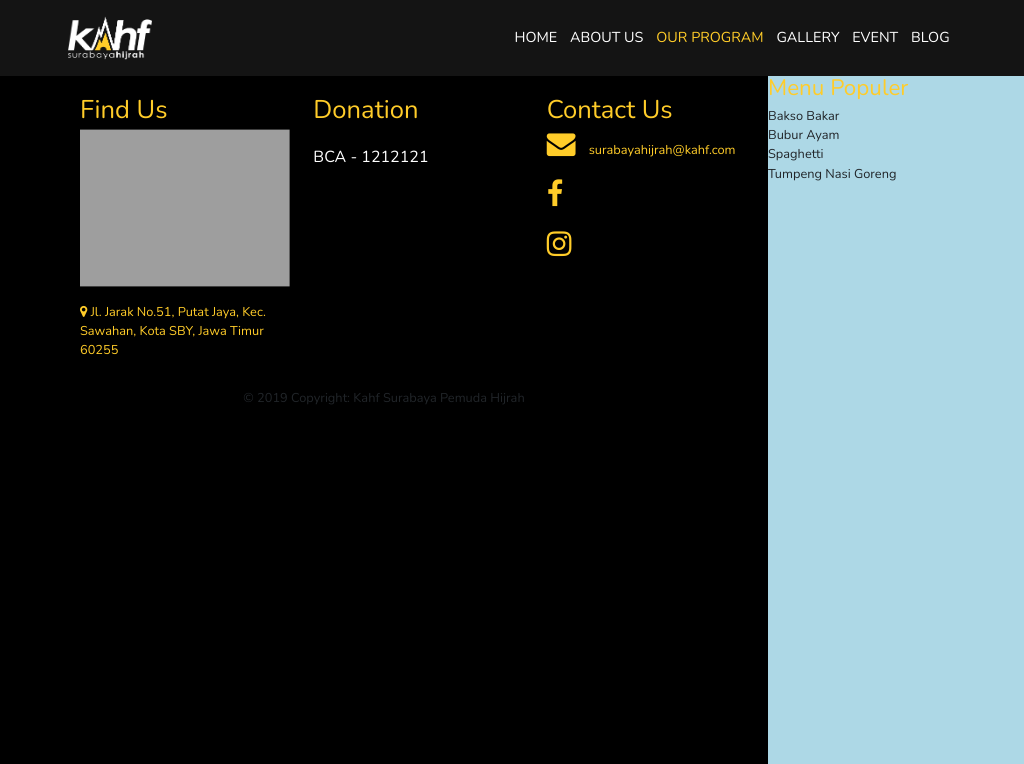
Repository: shandytp/surabaya-hijrah
Page: http://localhost/ourprogram.php
An editor plug-in stored every save of this project. The page is shown before and after the next save, followed by the edit.
The browser window is 1280 px wide. The pictures show the whole page, at 80% of full size.
Pictures or frames that could not be fetched are drawn as grey boxes. Some web libraries are served in a nearby version. The page is run by PHP 8.4 with error messages shown; the project is at /var/www/html/.

Above is the page before, as saved 2019-08-20 16:16:47.
Console error: TypeError: Cannot read properties of undefined (reading 'fn')

After the next save:
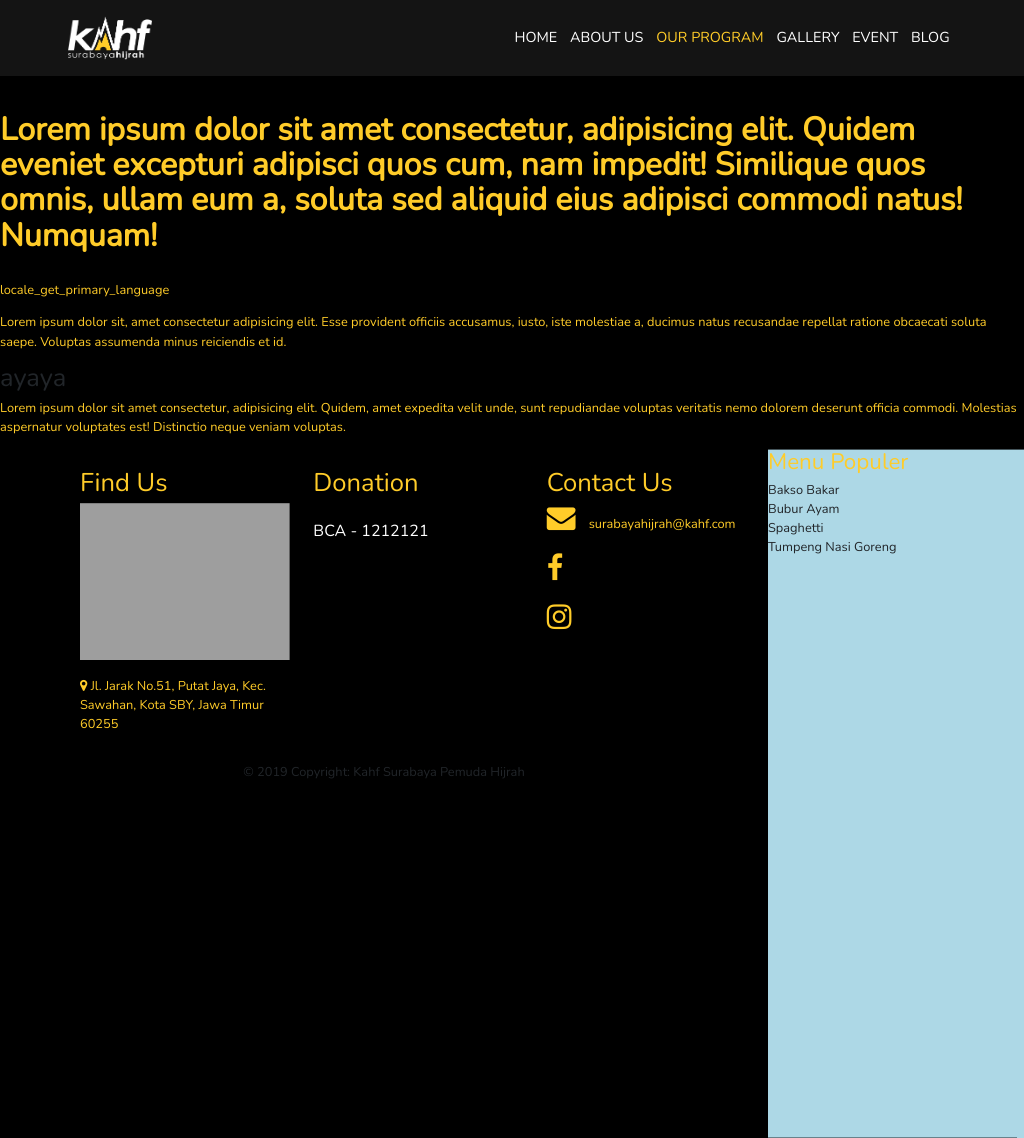
Saved 48 s later.
--- a/ourprogram.php
+++ b/ourprogram.php
@@ -85,6 +85,15 @@
 
 
     <!-- Program -->
+    <div class="content">
+      <h1>Lorem ipsum dolor sit amet consectetur, adipisicing elit. Quidem eveniet excepturi adipisci quos cum, nam impedit! Similique quos omnis, ullam eum a, soluta sed aliquid eius adipisci commodi natus! Numquam!</h1>
+      <p>locale_get_primary_language</p>
+      <p>Lorem ipsum dolor sit, amet consectetur adipisicing elit. Esse provident officiis accusamus, iusto, iste molestiae a, ducimus natus recusandae repellat ratione obcaecati soluta saepe. Voluptas assumenda minus reiciendis et id.</p>
+    </div>
+    <div class="conten">
+      <h2>ayaya</h2>
+      <p>Lorem ipsum dolor sit amet consectetur, adipisicing elit. Quidem, amet expedita velit unde, sunt repudiandae voluptas veritatis nemo dolorem deserunt officia commodi. Molestias aspernatur voluptates est! Distinctio neque veniam voluptas.</p>
+    </div>
     <div class="kanan">
                 <h3>Menu Populer</h3>
                 <ul>
